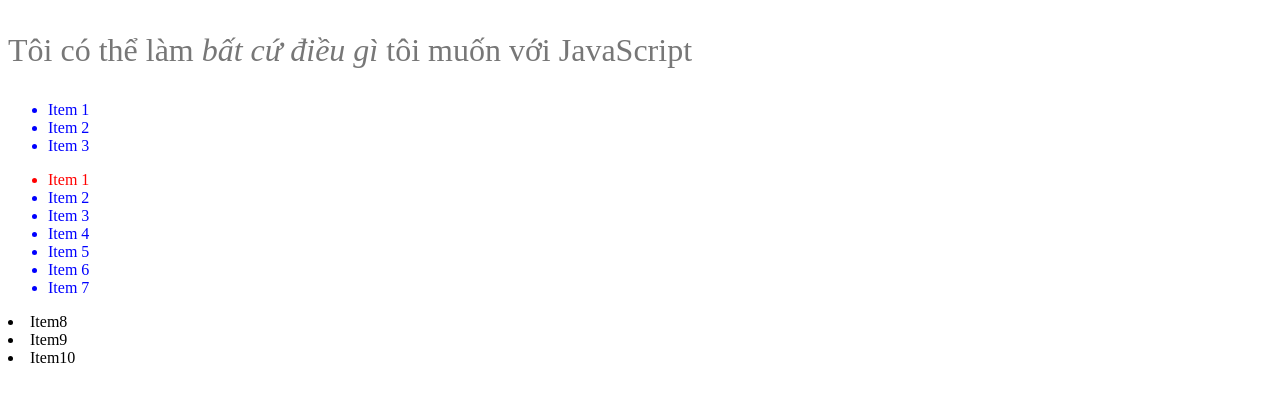
Repository: khanhnahk306/khanhnahk.github.io
Page: DOM/index.html
The author's editor kept a copy of each file at every save. The page is drawn from the files as they stood at one save, then again after a run of saves.
The browser window is 1280 px wide. The pictures show the whole page.

Above is the page before, as saved 2022-06-03 13:59:56.

### DOM/index.html
<!DOCTYPE html>
<html lang="en">
  <head>
    <meta charset="UTF-8" />
    <meta http-equiv="X-UA-Compatible" content="IE=edge" />
    <meta name="viewport" content="width=device-width, initial-scale=1.0" />
    <title>DOM</title>
  </head>
  <body>
    <p id="text">
      Mặt khác, các phần tử DOM đều là các node trên cây cấu trúc DOM
    </p>

    <ul>
      <li>Item 1</li>
      <li>Item 2</li>
      <li>Item 3</li>
    </ul>

    <ul id="list">
      <li id="1">Item 1</li>
      <li>Item 2</li>
      <li id="3">Item 3</li>
      <li>Item 4</li>
      <li>Item 5</li>
      <li>Item 6</li>
      <li>Item 7</li>
    </ul>

    <script>
      let p = document.getElementById("text");
      p.style.color = "#777";
      p.style.fontSize = "2rem";
      p.innerHTML =
        "Tôi có thể làm <em> bất cứ điều gì </em> tôi muốn với JavaScript";

      const para = document.querySelectorAll("li");
      console.log(para);
      for (let i = 0; i < para.length; i++) {
        para[i].style.color = "blue";
      }

      const para1 = document.createElement("li");
      para1.innerText = "Item8";
      document.body.appendChild(para1);
      const para2 = document.createElement("li");
      para2.innerText = "Item9";
      document.body.appendChild(para2);
      const para3 = document.createElement("li");
      para3.innerText = "Item10";
      document.body.appendChild(para3);

      let li = document.getElementById("1");
      li.style.color = "red";
    </script>
  </body>
</html>

After the next 3 saves:
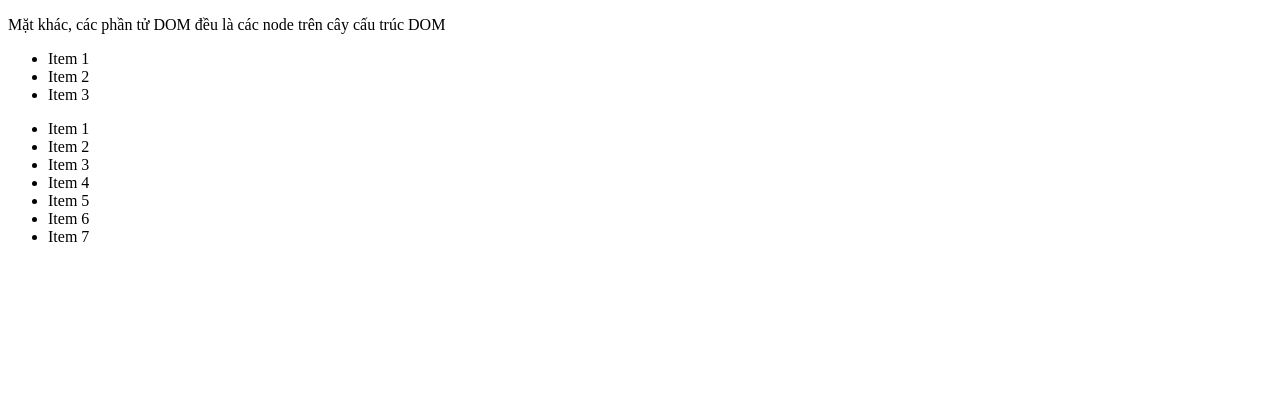
Console error: SyntaxError: Identifier 'li' has already been declared
The 3 saves are shown as one change because they came seconds apart.
The last was saved 11 s later.
--- a/DOM/index.html
+++ b/DOM/index.html
@@ -52,6 +52,8 @@
 
       let li = document.getElementById("1");
       li.style.color = "red";
+      let li = document.getElementById("3");
+      li.style.color = "red";
     </script>
   </body>
 </html>

After the 3 saves that followed:
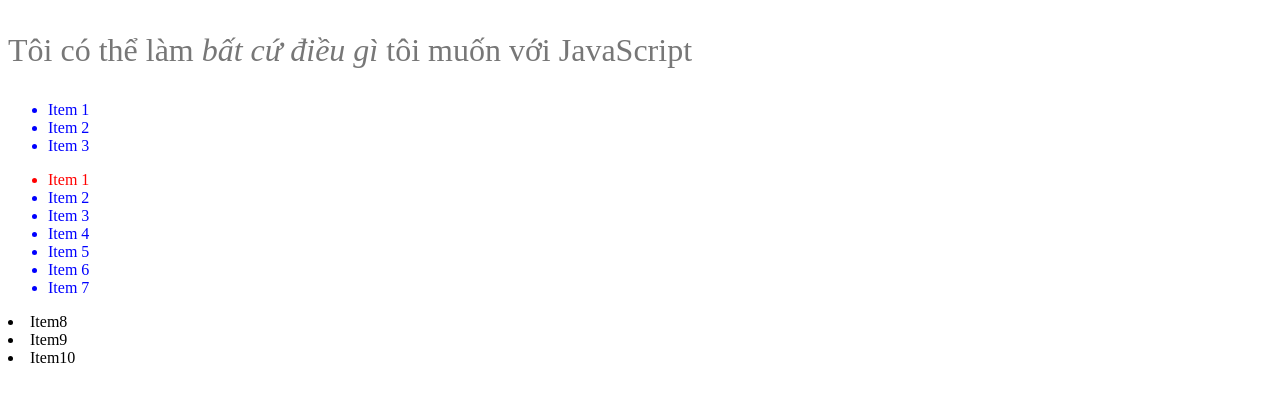
The error is gone.
The 3 saves are shown as one change because 1 left the picture as it was and some came seconds apart.
The last was saved 14 s later.
--- a/DOM/index.html
+++ b/DOM/index.html
@@ -52,8 +52,8 @@
 
       let li = document.getElementById("1");
       li.style.color = "red";
-      let li = document.getElementById("3");
-      li.style.color = "red";
+      let li2 = document.getElementById("3");
+      li2.style.color = "blue";
     </script>
   </body>
 </html>
